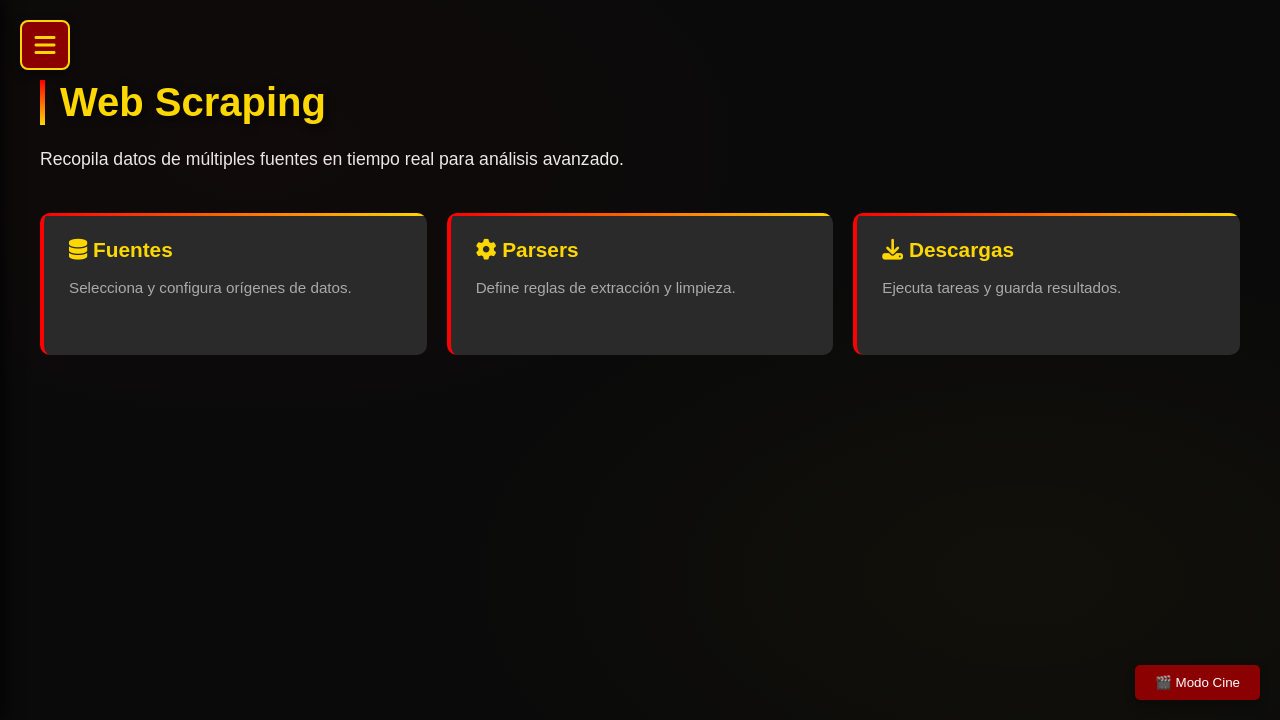
Repository: marcoBartolo55/data_analysis_app_-dev_project
Page: http://localhost/scraper
An editor plug-in stored every save of this project. The page is shown before and after the next save, followed by the edit.
The browser window is 1280 px wide. The pictures show the whole page.
The page is served by the project's application, run on Flask 3 (app/app.py). Other server files are loaded and not shown.

Above is the page before, as saved 2025-12-27 19:49:42.

### templates/scaper.html
<!DOCTYPE html>
<html lang="en">
<head>
    <meta charset="UTF-8">
    <meta name="viewport" content="width=device-width, initial-scale=1.0">
    <link rel="stylesheet" href="/static/styles/index.css">
    <link rel="stylesheet" href="https://cdnjs.cloudflare.com/ajax/libs/font-awesome/6.4.0/css/all.min.css">
    <title>Web Scraping - Data Analysis Cinema</title>
</head>
<body>
    <button class="hamburger-btn" id="hamburgerBtn">
        <i class="fas fa-bars"></i>
    </button>

    <div class="container">
        <div class="side-bar" id="sidebar">
            <button class="close-btn" id="closeBtn">
                <i class="fas fa-times"></i>
            </button>
            <div class="logo-div">
                <img class="logo-img" src="{{ url_for('static', filename='images/logo.png') }}" alt="Logo">
            </div>
            <div class="title-div">
                <h2>Data Analysis Cinema</h2>
            </div>
            <nav>
                <ul>
                    <li><a href="{{ url_for('index') }}"><i class="fas fa-home"></i> Inicio</a></li>
                    <li><a href="{{ url_for('scraper') }}"><i class="fas fa-globe"></i> Web Scraping</a></li>
                    <li><a href="{{ url_for('financial') }}"><i class="fas fa-chart-line"></i> Análisis Financiero</a></li>
                    <li><a href="{{ url_for('successful') }}"><i class="fas fa-trophy"></i> Análisis de Éxito</a></li>
                </ul>
            </nav>
        </div>

        <div class="content-area">
            <h1>Web Scraping</h1>
            <p>Recopila datos de múltiples fuentes en tiempo real para análisis avanzado.</p>

            <div class="features">
                <div class="feature-card">
                    <h3><i class="fas fa-database"></i> Fuentes</h3>
                    <p>Selecciona y configura orígenes de datos.</p>
                </div>
                <div class="feature-card">
                    <h3><i class="fas fa-cog"></i> Parsers</h3>
                    <p>Define reglas de extracción y limpieza.</p>
                </div>
                <div class="feature-card">
                    <h3><i class="fas fa-download"></i> Descargas</h3>
                    <p>Ejecuta tareas y guarda resultados.</p>
                </div>
            </div>
        </div>
    </div>
    <script src="/static/js/index.js"></script>
</body>
</html>

### app/app.py
from flask import Flask, render_template
import os

#* Forma de iniciar la aplicación en Unix:
'''
python3 -m venv .venv                 # Crear entorno virtual (solo la primera vez)
source .venv/bin/activate             # Activar el entorno
python -m pip install --upgrade pip   # Actualizar pip
python -m pip install -r requirements.txt  # Instalar dependencias del proyecto
FLASK_APP=app.py flask run --debug          # Levantar la app Flask
'''

#* Formas de iniciar la aplicación en Windows (no se si funcionan apropiadamente):
'''
py -3 -m venv .venv                  # Crear entorno virtual (solo la primera vez)
.venv\\Scripts\\activate            # Activar el entorno
python -m pip install --upgrade pip  # Actualizar pip
python -m pip install -r requirements.txt  # Instalar dependencias del proyecto
set FLASK_APP=app.py && flask run    # Levantar la app Flask
'''

BASE_DIR = os.path.abspath(os.path.dirname(__file__))

app = Flask(__name__,
            template_folder=os.path.join(BASE_DIR, '../templates'),
            static_folder=os.path.join(BASE_DIR, '../static')
           )

#* Routeo de la aplicación
@app.route('/')
def index():
    return render_template('index.html')

@app.route('/financial')
def financial():
    return render_template('financial.html')

@app.route('/successful')
def successful():
    return render_template('succesful.html')

@app.route('/scraper')
def scraper():
    return render_template('scaper.html')

#* Métodos operativos de la aplicación


#* Ejecutar la aplicación
if __name__ == '__main__':
    app.run(debug=True)

### static/styles/index.css
/* index.css - Tema de cine con butacas rojas */
* {
    margin: 0;
    padding: 0;
    box-sizing: border-box;
}

:root {
    --cinema-primary: #8B0000;
    --cinema-dark: #5A0000;
    --cinema-light: #B22222;
    --cinema-accent: #FF0000;
    --cinema-gold: #FFD700;
    --cinema-black: #0A0A0A;
    --cinema-gray: #2A2A2A;
    --cinema-light-gray: #4A4A4A;
    --text-white: #FFFFFF;
    --text-light: #F0F0F0;
    --text-muted: #AAAAAA;
}

body {
    font-family: 'Arial', sans-serif;
    background-color: var(--cinema-black);
    color: var(--text-light);
    min-height: 100vh;
    background-image:
        radial-gradient(circle at 20% 30%, rgba(139, 0, 0, 0.1) 0%, transparent 20%),
        radial-gradient(circle at 80% 70%, rgba(139, 0, 0, 0.1) 0%, transparent 20%);
    margin: 0;
    overflow-x: hidden;
}

/* Botón hamburguesa */
.hamburger-btn {
    position: fixed;
    top: 20px;
    left: 20px;
    z-index: 1000;
    background: var(--cinema-primary);
    border: 2px solid var(--cinema-gold);
    color: var(--cinema-gold);
    width: 50px;
    height: 50px;
    border-radius: 8px;
    cursor: pointer;
    font-size: 1.5rem;
    display: flex;
    align-items: center;
    justify-content: center;
    transition: all 0.3s ease;
    box-shadow: 0 4px 10px rgba(0, 0, 0, 0.5);
}

.hamburger-btn:hover {
    background: var(--cinema-accent);
    transform: scale(1.1);
    box-shadow: 0 6px 15px rgba(255, 0, 0, 0.5);
}

/* Botón de cerrar en el sidebar */
.close-btn {
    position: absolute;
    top: 20px;
    right: 20px;
    background: transparent;
    border: none;
    color: var(--cinema-gold);
    font-size: 1.5rem;
    cursor: pointer;
    z-index: 1001;
    transition: all 0.3s ease;
    display: none;
}

.close-btn:hover {
    color: var(--cinema-accent);
    transform: rotate(90deg);
}

.container {
    display: block;
    min-height: 100vh;
    width: 100%;
    position: relative;
}

/* Sidebar estilo cine */
.side-bar {
    width: 250px;
    flex-shrink: 0;
    background: linear-gradient(to bottom, var(--cinema-dark), var(--cinema-primary));
    padding: 20px 0;
    position: fixed;
    left: 0;
    top: 0;
    height: 100vh;
    overflow-y: auto;
    box-shadow: 5px 0 15px rgba(0, 0, 0, 0.7);
    z-index: 999;
    transform: translateX(-100%);
    transition: transform 0.3s ease;
}

.side-bar.active {
    transform: translateX(0);
}

.side-bar.active .close-btn {
    display: block;
}

.side-bar::before {
    content: '';
    position: absolute;
    top: 0;
    left: 0;
    right: 0;
    height: 5px;
    background: linear-gradient(to right, transparent, var(--cinema-gold), transparent);
}

.logo-div {
    text-align: center;
    padding: 20px 10px;
    margin-bottom: 20px;
    position: relative;
}

.logo-img {
    max-width: 120px;
    height: auto;
    border-radius: 10px;
    border: 3px solid var(--cinema-gold);
    box-shadow: 0 5px 15px rgba(0, 0, 0, 0.5);
}

.title-div {
    text-align: center;
    padding: 0 15px 20px;
    border-bottom: 1px solid rgba(255, 255, 255, 0.1);
    margin-bottom: 20px;
}

.title-div h2 {
    font-size: 1.5rem;
    color: var(--cinema-gold);
    text-shadow: 2px 2px 4px rgba(0, 0, 0, 0.7);
    margin-bottom: 5px;
}

/* Navegación estilo butacas */
nav ul {
    list-style: none;
    padding: 0 15px;
}

nav li {
    margin-bottom: 10px;
    position: relative;
}

nav a {
    display: block;
    padding: 12px 20px;
    color: var(--text-light);
    text-decoration: none;
    border-radius: 8px;
    background-color: rgba(0, 0, 0, 0.2);
    transition: all 0.3s ease;
    position: relative;
    overflow: hidden;
}

nav a::before {
    content: '';
    position: absolute;
    left: 0;
    top: 0;
    height: 100%;
    width: 5px;
    background-color: var(--cinema-accent);
    transform: scaleY(0);
    transition: transform 0.3s ease;
}

nav a:hover {
    background-color: rgba(0, 0, 0, 0.4);
    transform: translateX(5px);
    color: var(--cinema-gold);
}

nav a:hover::before {
    transform: scaleY(1);
}

/* Área de contenido principal */
.content-area {
    width: 100%;
    min-height: 100vh;
    background-color: var(--cinema-black);
    overflow-y: auto;
    position: relative;
    padding: 80px 40px 40px 40px;
}

.content-area::before {
    content: '';
    position: absolute;
    top: 0;
    left: 0;
    width: 100%;
    height: 100%;
    background:
        radial-gradient(
            ellipse at 20% 20%,
            rgba(139, 0, 0, 0.05) 0%,
            transparent 40%
        ),
        radial-gradient(
            ellipse at 80% 80%,
            rgba(255, 215, 0, 0.03) 0%,
            transparent 40%
        );
    pointer-events: none;
}

.content-area h1 {
    font-size: 2.5rem;
    color: var(--cinema-gold);
    margin-bottom: 20px;
    text-shadow: 2px 2px 8px rgba(0, 0, 0, 0.8);
    position: relative;
    padding-left: 20px;
    z-index: 1;
}

.content-area h1::before {
    content: '';
    position: absolute;
    left: 0;
    top: 0;
    height: 100%;
    width: 5px;
    background: linear-gradient(to bottom, var(--cinema-accent), var(--cinema-gold));
}

.content-area p {
    font-size: 1.1rem;
    line-height: 1.6;
    color: var(--text-light);
    margin-bottom: 30px;
    max-width: 800px;
}

/* Butacas decorativas */
.cinema-seats {
    display: flex;
    justify-content: center;
    margin: 40px 0;
    perspective: 1000px;
}

.seat-row {
    display: flex;
    gap: 10px;
    margin-bottom: 15px;
}

.seat {
    width: 40px;
    height: 40px;
    background-color: var(--cinema-primary);
    border-radius: 8px 8px 0 0;
    position: relative;
    transition: all 0.3s ease;
    box-shadow: 0 4px 6px rgba(0, 0, 0, 0.3);
    cursor: pointer;
}

.seat::before {
    content: '';
    position: absolute;
    top: 5px;
    left: 5px;
    right: 5px;
    height: 15px;
    background-color: var(--cinema-dark);
    border-radius: 4px;
}

.seat::after {
    content: '';
    position: absolute;
    bottom: 5px;
    left: 8px;
    right: 8px;
    height: 8px;
    background-color: rgba(0, 0, 0, 0.3);
    border-radius: 2px;
}

.seat:hover {
    transform: translateY(-10px);
    background-color: var(--cinema-accent);
    box-shadow: 0 10px 20px rgba(255, 0, 0, 0.4);
}

/* Pantalla de cine */
.cinema-screen {
    width: 80%;
    height: 60px;
    background: linear-gradient(to bottom, #222, #000);
    margin: 40px auto;
    border-radius: 5px;
    display: flex;
    align-items: center;
    justify-content: center;
    border: 2px solid var(--cinema-gold);
    box-shadow:
        0 10px 20px rgba(0, 0, 0, 0.7),
        inset 0 0 30px rgba(255, 215, 0, 0.1);
}

.cinema-screen::before {
    content: 'DATA ANALYSIS CINEMA';
    color: var(--cinema-gold);
    font-size: 1.2rem;
    letter-spacing: 3px;
    text-shadow: 0 0 10px rgba(255, 215, 0, 0.7);
}

/* Tarjetas de características */
.features {
    display: grid;
    grid-template-columns: repeat(auto-fill, minmax(300px, 1fr));
    gap: 20px;
    margin-top: 40px;
    align-items: stretch;
}

.feature-card {
    background-color: var(--cinema-gray);
    border-radius: 10px;
    padding: 25px;
    border-left: 4px solid var(--cinema-accent);
    transition: all 0.3s ease;
    position: relative;
    overflow: hidden;
}

.feature-card::before {
    content: '';
    position: absolute;
    top: 0;
    left: 0;
    right: 0;
    height: 3px;
    background: linear-gradient(to right, var(--cinema-accent), var(--cinema-gold));
}

.feature-card:hover {
    transform: translateY(-10px);
    box-shadow: 0 15px 30px rgba(139, 0, 0, 0.3);
}

.feature-card h3 {
    color: var(--cinema-gold);
    margin-bottom: 15px;
    font-size: 1.3rem;
}

.feature-card p {
    color: var(--text-muted);
    font-size: 0.95rem;
    line-height: 1.5;
}

/* Responsividad */
@media (max-width: 768px) {
    .container {
        flex-direction: column;
    }

    .side-bar {
        width: 100%;
        padding: 15px 0;
    }

    .content-area {
        padding: 15px;
    }

    .content-area h1 {
        font-size: 2rem;
    }

    .features {
        grid-template-columns: 1fr;
    }

    .cinema-screen {
        width: 95%;
    }
}

### static/js/index.js
// index.js - Efectos interactivos para el tema de cine
document.addEventListener('DOMContentLoaded', function() {
    console.log('Data Analysis Cinema - Iniciando efectos interactivos');

    // Menú hamburguesa
    const hamburgerBtn = document.getElementById('hamburgerBtn');
    const sidebar = document.getElementById('sidebar');
    const closeBtn = document.getElementById('closeBtn');

    if (hamburgerBtn && sidebar) {
        hamburgerBtn.addEventListener('click', function() {
            sidebar.classList.add('active');
        });
    }

    if (closeBtn && sidebar) {
        closeBtn.addEventListener('click', function() {
            sidebar.classList.remove('active');
        });
    }

    // Cerrar sidebar al hacer clic en un enlace
    const navLinks = document.querySelectorAll('nav a');
    navLinks.forEach(link => {
        link.addEventListener('click', function() {
            if (sidebar) {
                sidebar.classList.remove('active');
            }
        });
    });

    // Cerrar sidebar al hacer clic fuera de él
    document.addEventListener('click', function(event) {
        if (sidebar && sidebar.classList.contains('active')) {
            if (!sidebar.contains(event.target) && !hamburgerBtn.contains(event.target)) {
                sidebar.classList.remove('active');
            }
        }
    });

    // 1. Efectos para la navegación
    navLinks.forEach(link => {
        link.addEventListener('mouseenter', function() {
            // Efecto de sonido de butaca (simulado)
            playSeatSound();

            // Efecto visual de resplandor
            link.style.boxShadow = '0 0 15px rgba(255, 0, 0, 0.5)';
        });

        link.addEventListener('mouseleave', function() {
            link.style.boxShadow = 'none';
        });

        // Indicador de página activa
        const currentPath = window.location.pathname;
        const linkPath = link.getAttribute('href');

        if (currentPath.includes(linkPath.replace('/', '')) ||
            (currentPath === '/' && linkPath.includes('index'))) {
            link.classList.add('active');
            link.style.backgroundColor = 'rgba(0, 0, 0, 0.6)';
            link.style.color = 'var(--cinema-gold)';
        }
    });

    // 2. Efectos para butacas decorativas
    const seats = document.querySelectorAll('.seat');
    seats.forEach(seat => {
        seat.addEventListener('mouseenter', function() {
            this.style.transform = 'translateY(-15px) scale(1.1)';
            this.style.backgroundColor = 'var(--cinema-accent)';
            this.style.boxShadow = '0 15px 25px rgba(255, 0, 0, 0.5)';
            playSeatSound();
        });

        seat.addEventListener('mouseleave', function() {
            this.style.transform = 'translateY(0) scale(1)';
            this.style.backgroundColor = 'var(--cinema-primary)';
            this.style.boxShadow = '0 4px 6px rgba(0, 0, 0, 0.3)';
        });

        seat.addEventListener('click', function() {
            // Efecto de selección
            this.classList.toggle('selected');

            if (this.classList.contains('selected')) {
                this.style.backgroundColor = 'var(--cinema-gold)';
                this.style.boxShadow = '0 0 20px rgba(255, 215, 0, 0.8)';
                showNotification('Butaca seleccionada');
            } else {
                this.style.backgroundColor = 'var(--cinema-primary)';
                this.style.boxShadow = '0 4px 6px rgba(0, 0, 0, 0.3)';
            }
        });
    });

    // 3. Efecto de proyector en la pantalla
    const screen = document.querySelector('.cinema-screen');
    if (screen) {
        // Efecto de parpadeo intermitente
        setInterval(() => {
            screen.style.boxShadow =
                '0 10px 20px rgba(0, 0, 0, 0.7), ' +
                'inset 0 0 50px rgba(255, 215, 0, 0.3)';

            setTimeout(() => {
                screen.style.boxShadow =
                    '0 10px 20px rgba(0, 0, 0, 0.7), ' +
                    'inset 0 0 30px rgba(255, 215, 0, 0.1)';
            }, 300);
        }, 5000);
    }

    // 4. Efectos de entrada para las tarjetas
    const featureCards = document.querySelectorAll('.feature-card');
    featureCards.forEach((card, index) => {
        card.style.opacity = '0';
        card.style.transform = 'translateY(30px)';

        setTimeout(() => {
            card.style.transition = 'opacity 0.5s ease, transform 0.5s ease';
            card.style.opacity = '1';
            card.style.transform = 'translateY(0)';
        }, 100 + (index * 200));
    });

    // 5. Efecto de título principal
    const mainTitle = document.querySelector('.content-area h1');
    if (mainTitle) {
        mainTitle.style.opacity = '0';
        mainTitle.style.transform = 'translateX(-20px)';

        setTimeout(() => {
            mainTitle.style.transition = 'opacity 0.8s ease, transform 0.8s ease';
            mainTitle.style.opacity = '1';
            mainTitle.style.transform = 'translateX(0)';
        }, 300);
    }

    // 6. Sistema de notificaciones tipo cine
    function showNotification(message) {
        const notification = document.createElement('div');
        notification.className = 'cinema-notification';
        notification.innerHTML = `
            <div class="notification-content">
                <i class="fas fa-film"></i>
                <span>${message}</span>
            </div>
        `;

        // Estilos para la notificación
        notification.style.cssText = `
            position: fixed;
            top: 20px;
            right: 20px;
            background: linear-gradient(to right, var(--cinema-dark), var(--cinema-primary));
            color: white;
            padding: 15px 25px;
            border-radius: 5px;
            box-shadow: 0 5px 15px rgba(0, 0, 0, 0.5);
            z-index: 1000;
            border-left: 4px solid var(--cinema-gold);
            transform: translateX(150%);
            transition: transform 0.5s cubic-bezier(0.68, -0.55, 0.265, 1.55);
        `;

        document.body.appendChild(notification);

        // Animación de entrada
        setTimeout(() => {
            notification.style.transform = 'translateX(0)';
        }, 10);

        // Auto-eliminar después de 3 segundos
        setTimeout(() => {
            notification.style.transform = 'translateX(150%)';
            setTimeout(() => {
                if (notification.parentNode) {
                    notification.parentNode.removeChild(notification);
                }
            }, 500);
        }, 3000);
    }

    // 7. Simulación de sonido de butaca
    function playSeatSound() {
        // En una implementación real, usarías el Audio API
        // Por ahora, solo registro en consola
        console.log('🎬 Sonido de butaca de cine');

        // Crear elemento de audio (descomentar para usar sonidos reales)
        /*
        const audio = new Audio('/static/sounds/seat-click.mp3');
        audio.volume = 0.3;
        audio.play().catch(e => console.log('Error de audio:', e));
        */
    }

    // 8. Efecto de scroll para elementos
    const observerOptions = {
        root: null,
        rootMargin: '0px',
        threshold: 0.1
    };

    const observer = new IntersectionObserver((entries) => {
        entries.forEach(entry => {
            if (entry.isIntersecting) {
                entry.target.classList.add('animate-in');
            }
        });
    }, observerOptions);

    // Observar elementos para animaciones al hacer scroll
    document.querySelectorAll('.feature-card, .cinema-screen').forEach(el => {
        observer.observe(el);
    });

    // 9. Inicializar animaciones CSS
    const style = document.createElement('style');
    style.textContent = `
        @keyframes screenGlow {
            0%, 100% { box-shadow: 0 10px 20px rgba(0, 0, 0, 0.7), inset 0 0 30px rgba(255, 215, 0, 0.1); }
            50% { box-shadow: 0 10px 20px rgba(0, 0, 0, 0.7), inset 0 0 60px rgba(255, 215, 0, 0.3); }
        }

        @keyframes fadeInUp {
            from {
                opacity: 0;
                transform: translateY(30px);
            }
            to {
                opacity: 1;
                transform: translateY(0);
            }
        }

        .animate-in {
            animation: fadeInUp 0.8s ease forwards;
        }

        .cinema-notification .notification-content {
            display: flex;
            align-items: center;
            gap: 10px;
        }

        .cinema-notification i {
            color: var(--cinema-gold);
        }
    `;

    document.head.appendChild(style);

    // 10. Botón de modo cine (opcional)
    const cinemaModeBtn = document.createElement('button');
    cinemaModeBtn.innerHTML = '🎬 Modo Cine';
    cinemaModeBtn.style.cssText = `
        position: fixed;
        bottom: 20px;
        right: 20px;
        background: var(--cinema-primary);
        color: white;
        border: none;
        padding: 10px 20px;
        border-radius: 5px;
        cursor: pointer;
        z-index: 100;
        box-shadow: 0 4px 10px rgba(0, 0, 0, 0.3);
        transition: all 0.3s ease;
    `;

    cinemaModeBtn.addEventListener('mouseenter', function() {
        this.style.backgroundColor = 'var(--cinema-accent)';
        this.style.transform = 'scale(1.1)';
    });

    cinemaModeBtn.addEventListener('mouseleave', function() {
        this.style.backgroundColor = 'var(--cinema-primary)';
        this.style.transform = 'scale(1)';
    });

    cinemaModeBtn.addEventListener('click', function() {
        document.body.classList.toggle('cinema-mode');

        if (document.body.classList.contains('cinema-mode')) {
            this.innerHTML = '📱 Modo Normal';
            document.body.style.overflow = 'hidden';
            showNotification('Modo Cine activado');
        } else {
            this.innerHTML = '🎬 Modo Cine';
            document.body.style.overflow = 'auto';
            showNotification('Modo Normal activado');
        }
    });

    document.body.appendChild(cinemaModeBtn);

    console.log('✅ Efectos de cine cargados correctamente');
});

// Funciones globales para otras páginas
window.CinemaEffects = {
    showNotification: function(message) {
        // Implementación de notificación para uso global
        console.log('Cinema Notification:', message);
    },

    playSound: function(soundName) {
        console.log('Reproduciendo sonido:', soundName);
    },

    toggleCinemaMode: function() {
        document.body.classList.toggle('cinema-mode');
    }
};

After the next save:
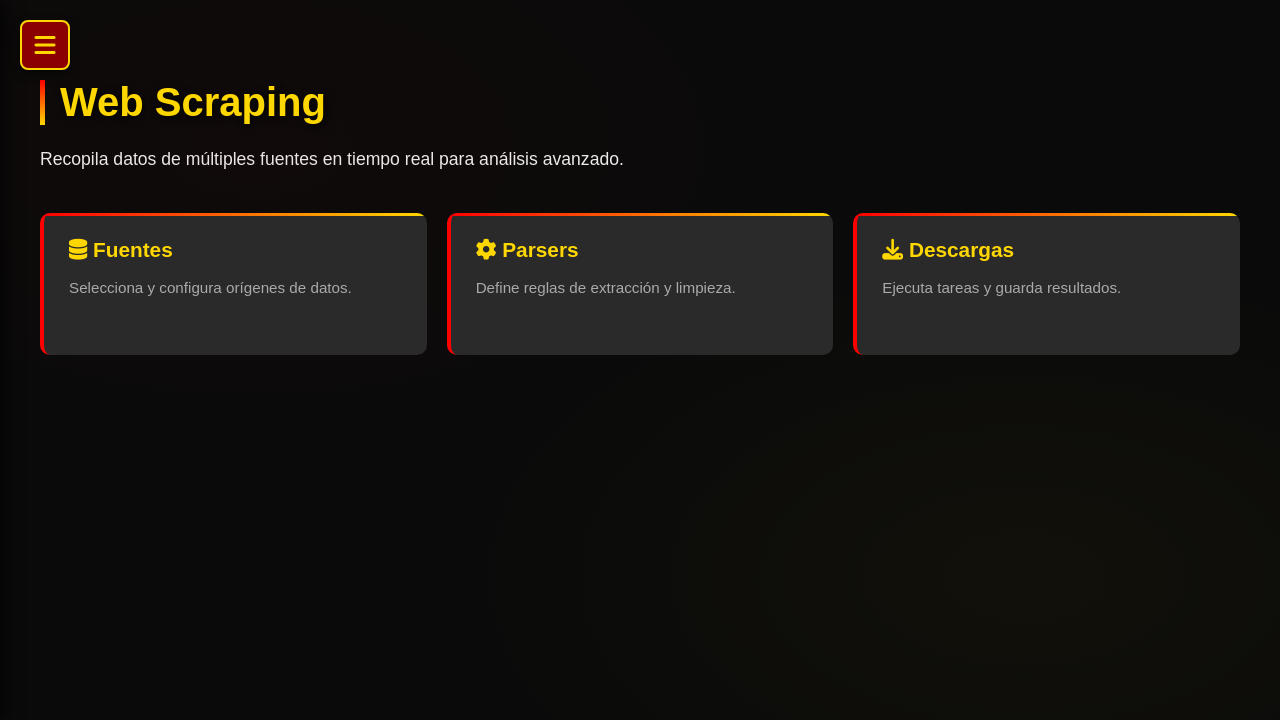
Console error: SyntaxError: Unexpected end of input
Saved 29 min 56 s later.
--- a/static/js/index.js
+++ b/static/js/index.js
@@ -253,53 +253,6 @@ document.addEventListener('DOMContentLoaded', function() {
 
     document.head.appendChild(style);
 
-    // 10. Botón de modo cine (opcional)
-    const cinemaModeBtn = document.createElement('button');
-    cinemaModeBtn.innerHTML = '🎬 Modo Cine';
-    cinemaModeBtn.style.cssText = `
-        position: fixed;
-        bottom: 20px;
-        right: 20px;
-        background: var(--cinema-primary);
-        color: white;
-        border: none;
-        padding: 10px 20px;
-        border-radius: 5px;
-        cursor: pointer;
-        z-index: 100;
-        box-shadow: 0 4px 10px rgba(0, 0, 0, 0.3);
-        transition: all 0.3s ease;
-    `;
-
-    cinemaModeBtn.addEventListener('mouseenter', function() {
-        this.style.backgroundColor = 'var(--cinema-accent)';
-        this.style.transform = 'scale(1.1)';
-    });
-
-    cinemaModeBtn.addEventListener('mouseleave', function() {
-        this.style.backgroundColor = 'var(--cinema-primary)';
-        this.style.transform = 'scale(1)';
-    });
-
-    cinemaModeBtn.addEventListener('click', function() {
-        document.body.classList.toggle('cinema-mode');
-
-        if (document.body.classList.contains('cinema-mode')) {
-            this.innerHTML = '📱 Modo Normal';
-            document.body.style.overflow = 'hidden';
-            showNotification('Modo Cine activado');
-        } else {
-            this.innerHTML = '🎬 Modo Cine';
-            document.body.style.overflow = 'auto';
-            showNotification('Modo Normal activado');
-        }
-    });
-
-    document.body.appendChild(cinemaModeBtn);
-
-    console.log('✅ Efectos de cine cargados correctamente');
-});
-
 // Funciones globales para otras páginas
 window.CinemaEffects = {
     showNotification: function(message) {
